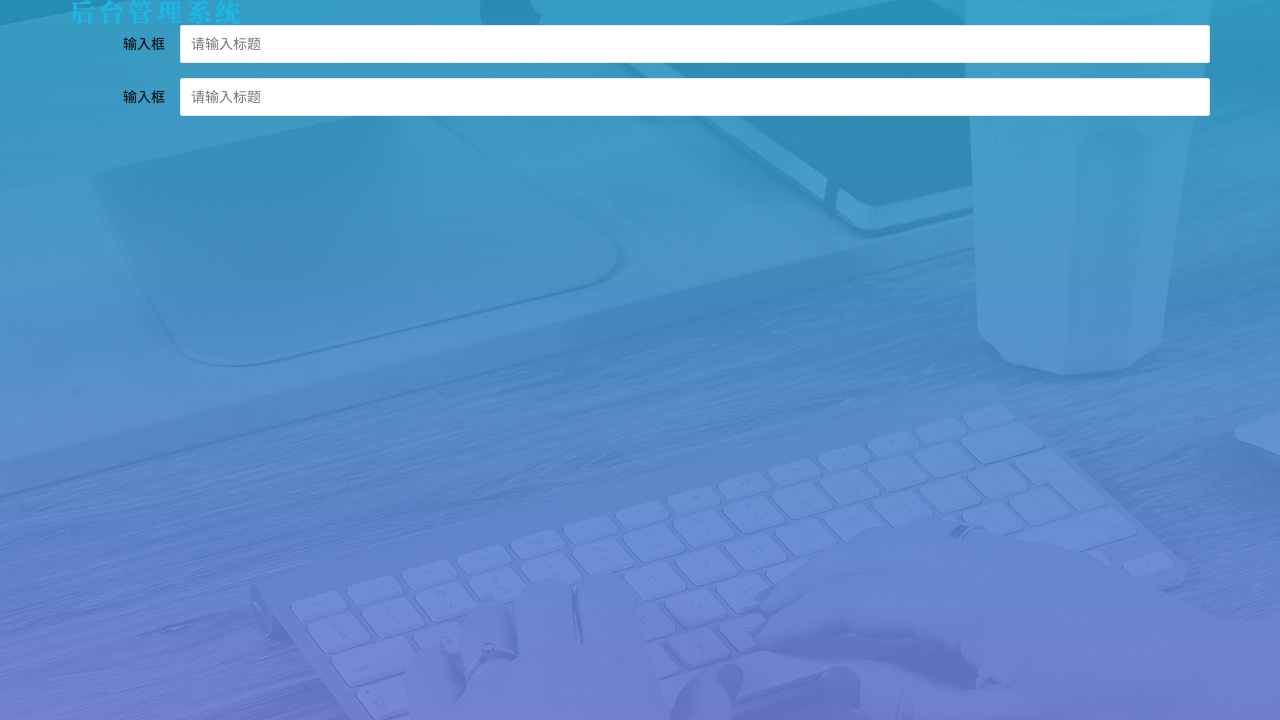
Repository: xxsleep/-
Page: home/login.html
These files come from the project's save history. The page is drawn as it stood at one moment and after the next save; the edit follows.
The browser window is 1280 px wide. The pictures show the whole page.

Above is the page before, as saved 2020-11-23 11:07:00.

After the next save:
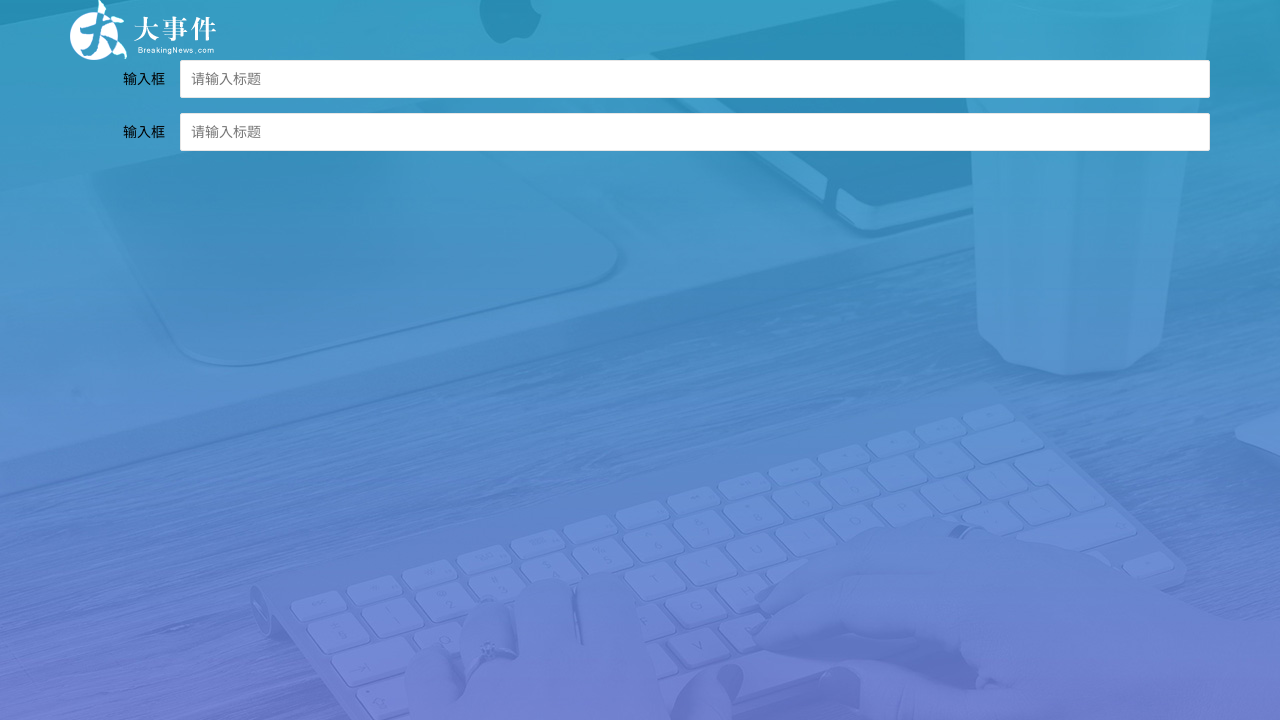
Saved 23 s later.
--- a/home/login.html
+++ b/home/login.html
@@ -12,7 +12,7 @@
 <body>
     <div class="container layui-main">
         <div class="head">
-            <img src="../assets/images/login_title.png" alt="">
+            <img src="../assets/images/logo.png" alt="">
         </div>
         <div class="loginbox">
             <div class="title"></div>
